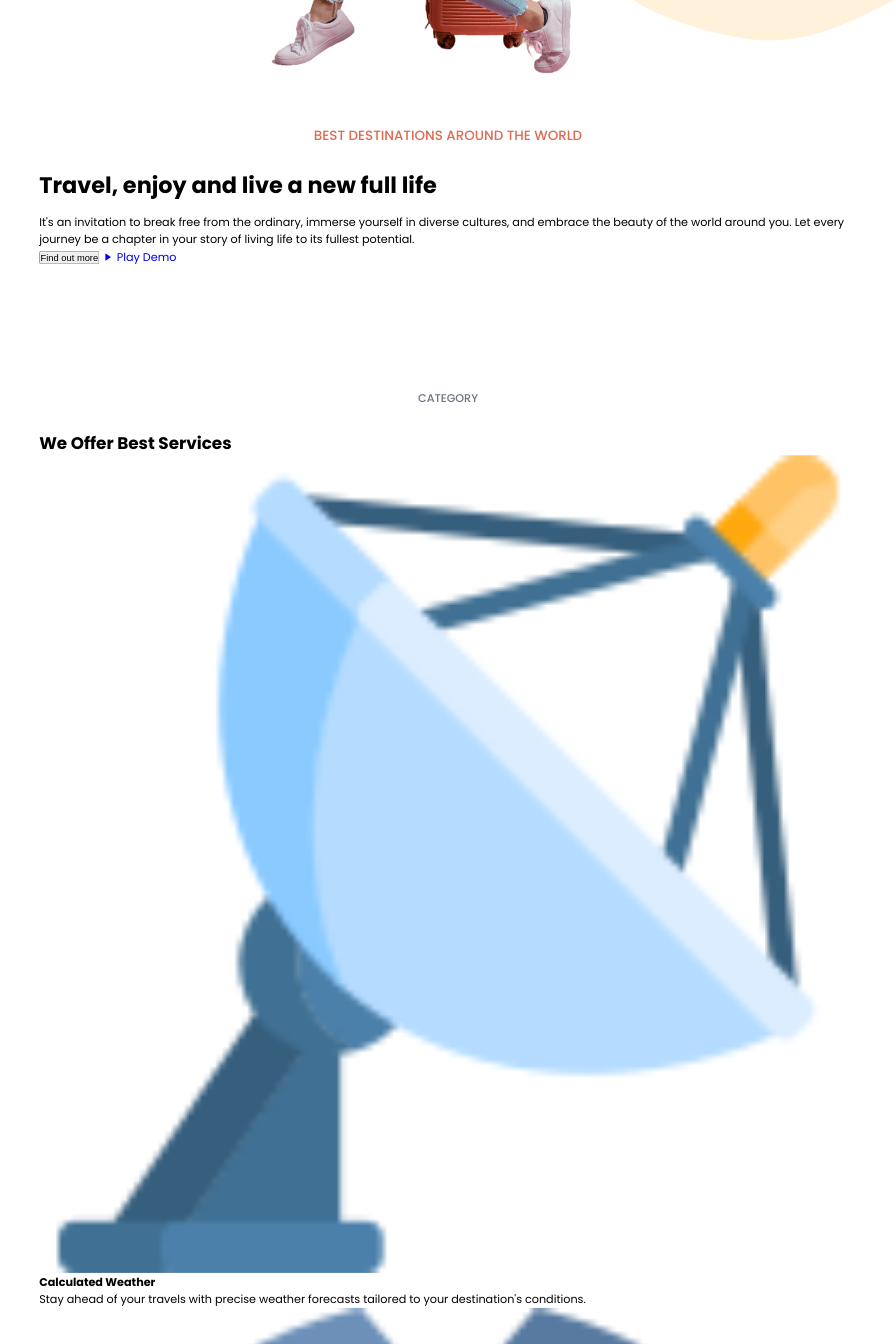
Repository: ntandomagana/travel-website
Page: index.html
These files come from the project's save history. The page is drawn as it stood at one moment and after a run of saves; the edit follows.
The browser window is 1280 px wide. The pictures show the part of the page from y = 578 to 2498 px (the page is 11080 px tall before and 11262 px after), at 70% of full size.

Above is the page before, as saved 2024-05-07 09:32:08.

### index.html
<!DOCTYPE html>
<html lang="en">
  <head>
    <meta charset="UTF-8" />
    <meta name="viewport" content="width=device-width, initial-scale=1.0" />
    <link
      href="https://cdn.jsdelivr.net/npm/remixicon@4.2.0/fonts/remixicon.css"
      rel="stylesheet"
    />
    <link
      rel="stylesheet"
      href="https://cdn.jsdelivr.net/npm/swiper@11/swiper-bundle.min.css"
    />
    <link rel="stylesheet" href="style.css" />
    <title>Travel Website</title>
  </head>
  <body>
    <nav>
      <div class="nav-header">
        <div class="logo">
          <a href="#" class="logo">Travel<span>S</span>.</a>
        </div>
        <div class="nav-menu-btn" id="menu-btn">
          <i class="ri-menu-line"></i>
        </div>
      </div>

      <ul class="nav-links" id="nav-links">
        <li><a href="#home">Home</a></li>
        <li><a href="#service">Services</a></li>
        <li><a href="#destination">Destinations</a></li>
        <li><a href="#trips">Trips</a></li>
        <li><a href="#client">Clients</a></li>
      </ul>
    </nav>

    <header class="section-container header-container" id="home">
      <div class="header-image">
        <img src="assets/header.png" alt="header" />
      </div>
      <div class="header-content">
        <h3 class="section-subheader">BEST DESTINATIONS AROUND THE WORLD</h3>
        <h1>Travel, enjoy and live a new full life</h1>
        <p>
          It's an invitation to break free from the ordinary, immerse yourself
          in diverse cultures, and embrace the beauty of the world around you.
          Let every journey be a chapter in your story of living life to its
          fullest potential.
        </p>
        <div class="header-btns">
          <button class="btn">Find out more</button>
          <a href="#">
            <span><i class="ri-play-fill"></i></span>
            Play Demo
          </a>
        </div>
      </div>
    </header>

    <section class="section-container service-container" id="service">
      <h3 class="section-subheader">CATEGORY</h3>
      <h2 class="section-header">We Offer Best Services</h2>
      <div class="service-grid">
        <div class="service-card">
          <img src="assets/weather.png" alt="service" />
          <h4>Calculated Weather</h4>
          <p>
            Stay ahead of your travels with precise weather forecasts tailored
            to your destination's conditions.
          </p>
        </div>
        <div class="service-card">
          <img src="assets/customisation.png" alt="service" />
          <h4>Customizations</h4>
          <p>
            Tailor your journey with personalized customizations, ensuring every
            detail reflects your unique travel style.
          </p>
        </div>
      </div>
    </section>

    <section class="section-container destination-container" id="destination">
      <h3 class="section-subheader">TOP SELLING</h3>
      <h2 class="section-header">Top Destinations</h2>
      <div class="destination-grid">
        <div class="destination-card">
          <img src="assets/destination-1.jpg" alt="destination" />
          <div class="destination-details">
            <div>
              <h4>Rome, Italy</h4>
              <h4>$5.42k</h4>
            </div>
            <p>
              <span><i class="ri-navigation-fill"></i></span>
              10 days trip
            </p>
          </div>
        </div>
        <div class="destination-card">
          <img src="assets/destination-3.jpg" alt="destination" />
          <div class="destination-details">
            <div>
              <h4>Full Europe</h4>
              <h4>$15k</h4>
            </div>
            <p>
              <span><i class="ri-navigation-fill"></i></span>
              28 Days Trip
            </p>
          </div>
        </div>
      </div>
    </section>

    <section class="section-container trip-container" id="trip">
      <div class="trip-image">
        <img src="assets/trip.png" />
      </div>
      <div class="trip-content">
        <h3 class="section-subheader">EASY & FAST</h3>
        <h2 class="section-header">Book Your Next Trip in 3 Easy Steps</h2>
        <ul class="trip-list">
          <li>
            <span><i class="ri-signpost-line"></i></span>
            <div>
              <h4>Choose Destination</h4>
              <p>
                Choose your dream destination from our curated selection of
                exotic locales, bustling cities, and serene getaways.
              </p>
            </div>
          </li>

          <li>
            <span><i class="ri-secure-payment-line"></i></span>
            <div>
              <h4>Reach Airport on Selected Date</h4>
              <p>
                Prepare for takeoff as you finalize your travel plans, arriving
                at the airport on your selected date ready to embark on your
                next unforgettable journey.
              </p>
            </div>
          </li>
        </ul>
      </div>
    </section>

    <section class="section-container clinet-container" id="client">
      <div class="client-content">
        <h3 class="section-subheader">TESTIMONIALS</h3>
        <h2 class="section-header">What People Say About Us</h2>
      </div>
      <div class="client-swiper">
        <!--Slider main container-->
        <div class="swiper">
          <!--Additional required wrapper-->
          <div class="swiper-wrapper">
            <!--Slides-->
            <div class="swiper-slide">
              <div class="client-card">
                <img src="assets/client-1.jpg" alt="client" />
                <div class="client-card-content">
                  <p>
                    Booking my trips through this platform has been a
                    game-changer! From the intuitive interface to the seamless
                    booking process, I've never felt more excited to explore new
                    destinations.
                  </p>
                  <h4>Emily Watson</h4>
                  <h5>Travel Enthusiast</h5>
                </div>
              </div>
            </div>
            <div class="swiper-slide">
              <div class="client-card">
                <img src="assets/client-2.jpg" alt="client" />
                <div class="client-card-content">
                  <p>
                    As a busy professional, time is of the essence. This website
                    made planning my vacation a breeze, allowing me to focus on
                    what matters most: making memories with my family.
                  </p>
                  <h4>David Nguyen</h4>
                  <h5>Business Executive</h5>
                </div>
              </div>
            </div>

            <div class="swiper-slide">
              <div class="client-card">
                <img src="assets/client-3.jpg" alt="client" />
                <div class="client-card-content">
                  <p>
                    I've been using this service for years, and it never
                    disappoints. The convenience of booking my flights,
                    accommodations, and activities all in one place saves me
                    time and stress every trip.
                  </p>
                  <h4>Michael Johnson</h4>
                  <h5>Frequent Flyer</h5>
                </div>
              </div>
            </div>
          </div>
        </div>
      </div>
    </section>

    <footer class="footer">
      <div class="section-container footer-container">
        <div class="footer-col">
          <div class="footer-logo">
            <a href="#" class="logo">Travel<span>S</span>.</a>
          </div>
          <p>
            Our platform is your passport to seamless adventures, offering a
            curated selection of destinations and a user-friendly booking
            experience.
          </p>
        </div>
        <div class="footer-col">
            <h4>Company</h4>
            <ul class="footer-links">
                <li><a href="#">About</a></li>
                <li><a href="#">Careers</a></li>
                <li><a href="#">Mobile</a></li>
            </ul>
        </div>
        <div class="footer-col">
          <h4>Contact</h4>
          <ul class="footer-links">
            <li><a href="#">Help/FAQ</a></li>
            <li><a href="#">Press</a></li>
            <li><a href="#">Affiliates</a></li>
          </ul>
        </div>
        <div class="footer-col">
          <ul class="footer-socials">
            <li>
              <a href="#"><i class="ri-facebook-fill"></i></a>
            </li>
            <li>
              <a href="#"><i class="ri-instagram-line"></i></a>
            </li>
            <li>
              <a href="#"><i class="ri-twitter-fill"></i></a>
            </li>
          </ul>
          <h5>Discover our app</h5>
          <div class="footer-discover">
            <a href="#"><img src="assets/google-play.jpg" alt="discover" /></a>
            <a href="#"><img src="assets/app-store.jpg" alt="discover" /></a>
          </div>
        </div>
      </div>
      <div class="footer-bar">
        Copyright © 2024 TravelS. All rights reserved.
      </div>
    </footer>

    <script src="https://unpkg.com/scrollreveal"></script>
    <script src="https://cdn.jsdelivr.net/npm/swiper@11/swiper-bundle.min.js"></script>
    <script src="main.js"></script>

      </div>

    </footer>
  </body>
</html>

### style.css
@import url("https://fonts.googleapis.com/css2?family=Poppins:ital,wght@0,100;0,200;0,300;0,400;0,500;0,600;0,700;0,800;0,900;1,100;1,200;1,300;1,400;1,500;1,600;1,700;1,800;1,900&display=swap");

:root {
  --primary-color: #e06951;
  --text-dark: #111827;
  --text-light: #6b7280;
  --white: #ffffff;
  --max-width: 1200px;
}

* {
  padding: 0;
  margin: 0;
  box-sizing: border-box;
}

html,
body {
    scroll-behavior: smooth;
}

body {
    font-family: "Poppins", sans-serif;
    background-image: url(assets/header-bg.png);
    background-size: contain;
    background-position: top center;
    background-repeat: no-repeat;
}

nav {
    position: fixed;
    isolation: isolate;
    width: 100%;
    max-width: var(--max-width);
    margin-inline: auto;
    z-index: 9;
}

.nav-header {
    padding: 1rem;
    width: 100%;
    display: flex;
    align-items: center;
    justify-content: space-between;
    background-color: var(--text-dark);
}

.nav-header .logo  {
    color: var(--white);
}

.nav-menu-btn {
    font-size: 1rem;
    color: var(--white);
    cursor: pointer;
}

.nav-links {
    position: absolute;
    top: 65px;
    left: 0;
    width: 100%;
    list-style: none;
    display: flex;
    align-items: center;
    justify-content: center;
    flex-direction: column;
    gap: 2rem;
    padding: 2rem;
    background-color: var(--text-dark);
    transition: 0.5s;
    z-index: -1;
    transform: translateY(-100%);
}

.nav-links.open {
    transform: translateY(0);
}

.nav-links a {
    font-weight: 500;
    white-space: nowrap;
    color: var(--white);
}

.nav-links a:hover {
    color: var(--primary-color);
}


.section-container {
  max-width: var(--max-width);
  margin: auto;
  padding: 5rem 1rem;
}

.section-subheader {
  margin-bottom: 1rem;
  font-size: 1rem;
  font-weight: 500;
  line-height: 3.75rem;
  color: var(--text-light);
  text-align: center;
}

.logo {
  font-size: 1.75rem;
  font-weight: 600;
  color: var(--text-dark);
}

.logo span {
  color: var(--primary-color);
}

img {
  display: flex;
  width: 100%;
}

a {
    text-decoration: none;
    transition: 0.4s;
}

ul {
    list-style: none;
}

.header-container {
    display: grid;
    gap: 2rem;
    overflow: hidden;
}

.header-image img {
    max-width: 550px;
    margin-inline: auto;
}

.header-content .section-subheader {
    font-size: 1.2rem;
    color: var(--primary-color);
}

.header-content h1 {
    margin-bottom: 1rem;
    font-size: ;
}

Loaded but not shown: main.js (no copy from this time; the picture is the same without it)

After the next 2 saves:
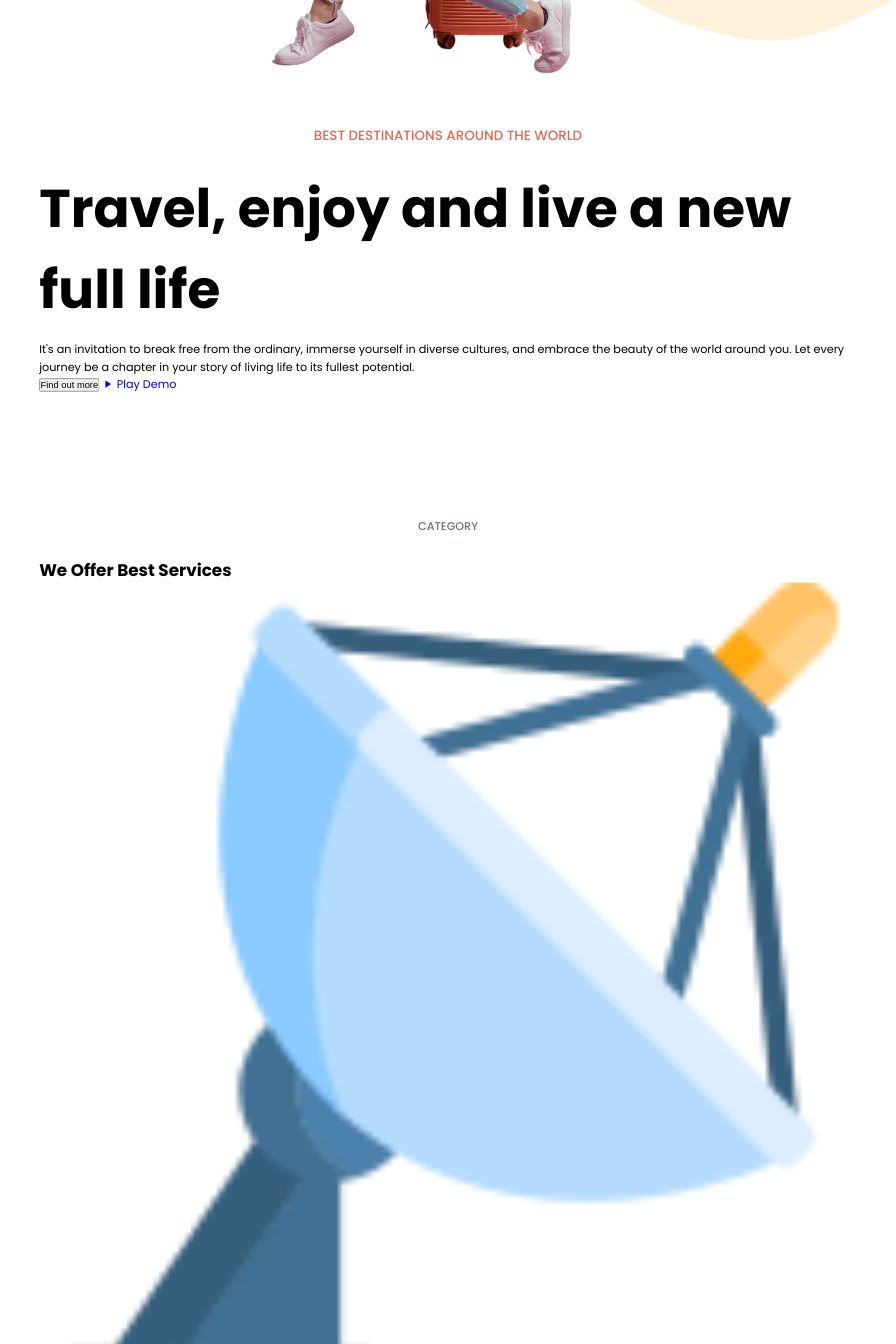
The 2 saves are shown as one change because they came seconds apart.
The last was saved 6 s later.
--- a/style.css
+++ b/style.css
@@ -145,5 +145,5 @@ ul {
 
 .header-content h1 {
     margin-bottom: 1rem;
-    font-size: ;
+    font-size: 4.75rem;
 }
